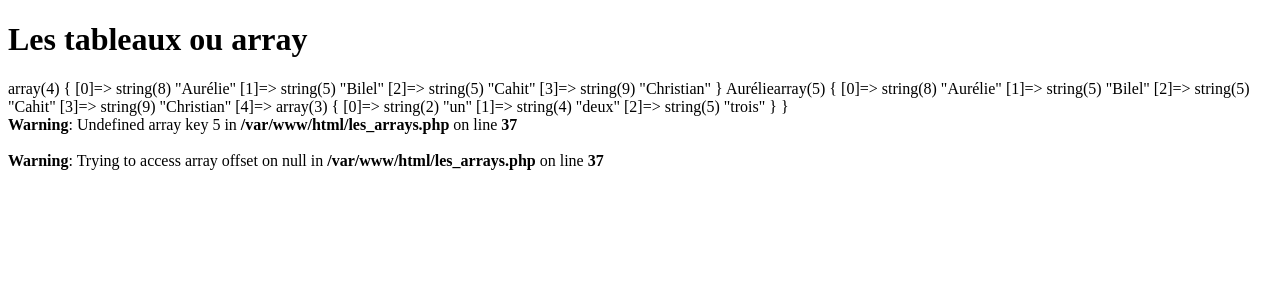
Repository: QuentinFayt/base-php-2021
Page: http://localhost/les_arrays.php
The author's editor kept a copy of each file at every save. The page is drawn from the files as they stood at one save, then again after the next save.
The browser window is 1280 px wide. The pictures show the whole page.
The page is run by PHP 8.4 with error messages shown; the project is at /var/www/html/.

Above is the page before, as saved 2021-07-07 11:31:04.

After the next save:
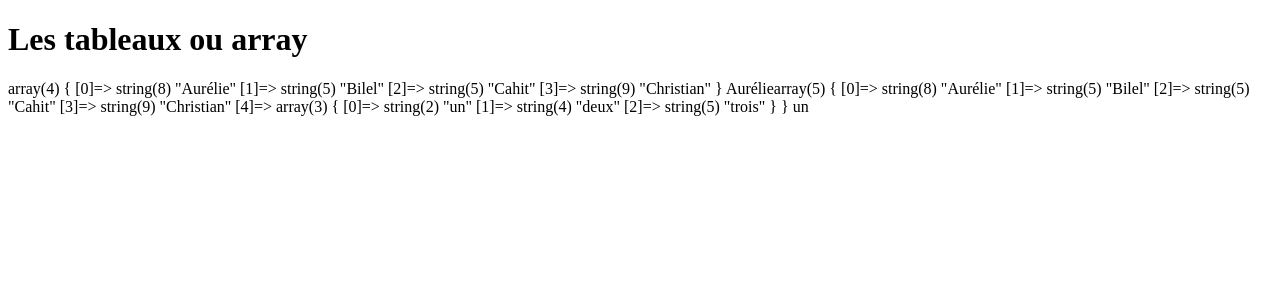
Saved 7 s later.
--- a/les_arrays.php
+++ b/les_arrays.php
@@ -34,7 +34,7 @@
 
         var_dump($eleves2);
 
-        echo $eleves2[5][0];
+        echo $eleves2[4][0];
 
     ?>
 </body>
